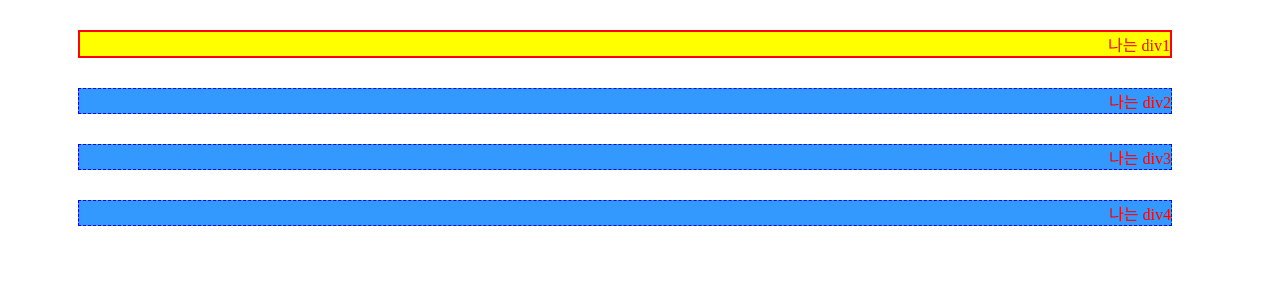
Repository: raccoon304/gugkbi_jsp
Page: HTML5/src/main/webapp/ch01_cssOrder/cssOrder.html
The author's editor kept a copy of each file at every save. The page is drawn from the files as they stood at one save, then again after the next save.
The browser window is 1280 px wide. The pictures show the whole page.

Above is the page before, as saved 2025-11-13 07:44:02.

### HTML5/src/main/webapp/ch01_cssOrder/cssOrder.html
<!DOCTYPE html>
<html>
<head>
<meta charset="UTF-8">
<title>CSS(Cascading Style Sheets)의 우선순위에 대해서 알아본다.</title>

<style type="text/css">
	/* css주석문 */
	/*
		===== CSS(Cascading Style Sheets)의 우선순위 =====
		해당 태그에 직접준것(인라인방식) > HTML 파일에서 준 style태그(임배디드방식)
	*/
	div{
		border: dashed 1px blue; /* 테두리 : 점선 두께 1px 파랑색 */
		background-color: #3399ff; 	/* 배경색 : 하늘색*/
		color: red;					/* 글자색 : 빨간색 */
		font-style: normal;			/* 폰트모양 : 정자 */
		text-align: right;			/* 글자정렬 */
		margin: 30px 100px 20px 70px;
	}

</style>

</head>
<body>
	<!--  HTML 주석문  -->
	<div style ="border: solid 2px red; background-color: yellow;">나는 div1</div>
	<div>나는 div2</div>
	<div>나는 div3</div>
	<div>나는 div4</div>
</body>
</html>

After the next save:
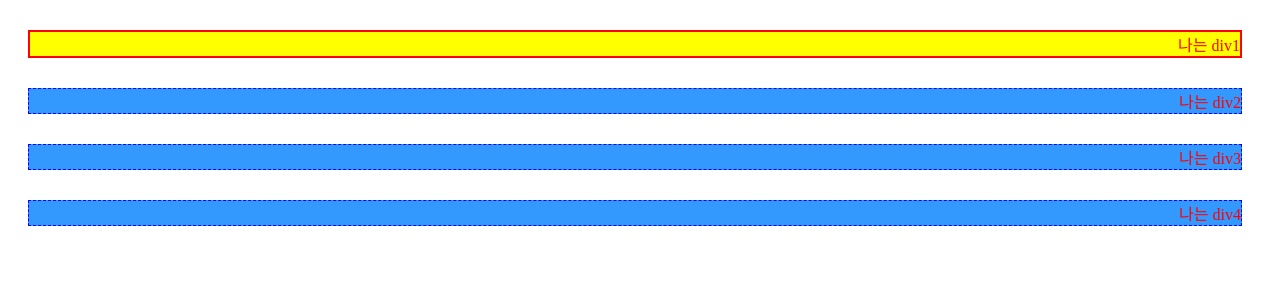
Saved 77 s later.
--- a/HTML5/src/main/webapp/ch01_cssOrder/cssOrder.html
+++ b/HTML5/src/main/webapp/ch01_cssOrder/cssOrder.html
@@ -16,7 +16,7 @@
 		color: red;					/* 글자색 : 빨간색 */
 		font-style: normal;			/* 폰트모양 : 정자 */
 		text-align: right;			/* 글자정렬 */
-		margin: 30px 100px 20px 70px;
+		margin: 30px 30px 20px 20px;
 	}
 
 </style>
